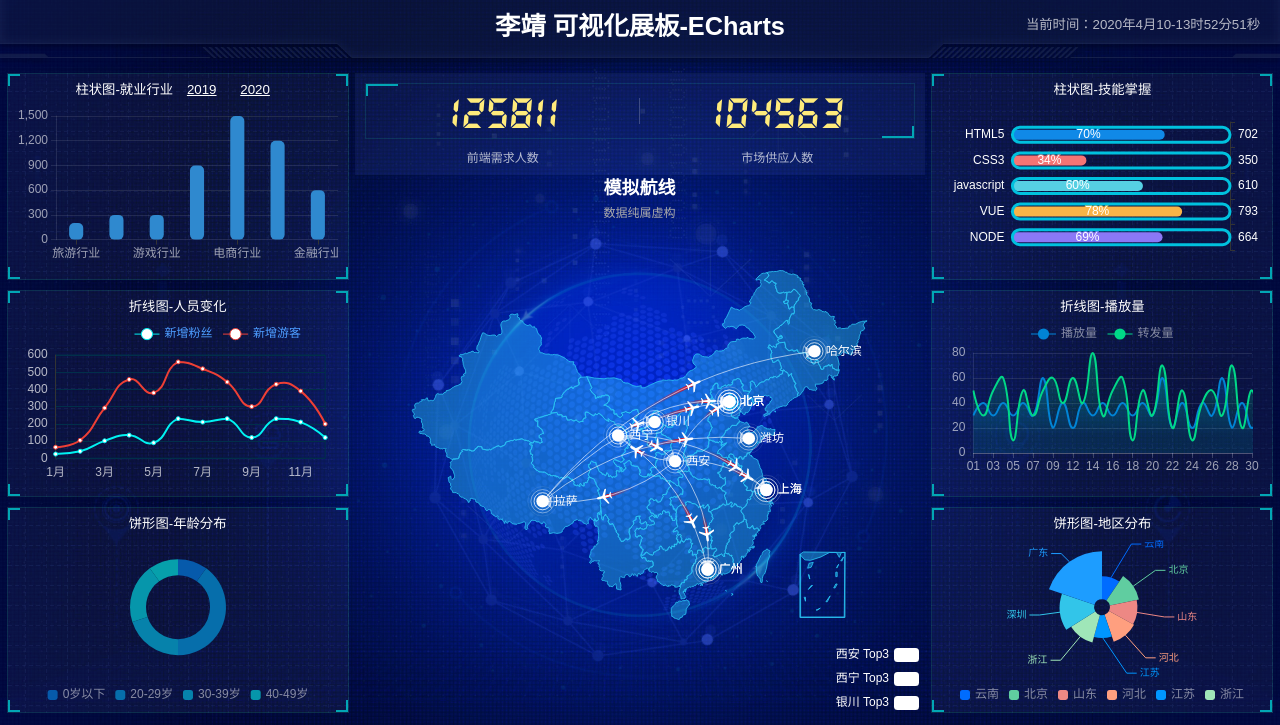
Repository: Jasonlee6789/ECharts
Page: Echarts/index.html
These files come from the project's save history. The page is drawn as it stood at one moment and after the next save; the edit follows.
The browser window is 1280 px wide. The pictures show the whole page.
The style sheet was rebuilt from its Sass, Less or Tailwind sources for each picture, by a compiler version that may differ from the author's.

Above is the page before, as saved 2020-05-22 13:34:09.

### Echarts/index.html
<!DOCTYPE html>
<html lang="en">

<head>
    <meta charset="UTF-8" />
    <meta name="viewport" content="width=device-width, initial-scale=1.0" />
    <title>Document</title>
    <link rel="stylesheet" href="css/index.css" />
</head>

<body>
    <header>
        <h1>李靖 可视化展板-ECharts</h1>
        <div class="showTime">当前时间：2020年3月17-0时54分14秒</div>
        <script>
            var t = null;
            t = setTimeout(time, 1000); //開始运行
            function time() {
                clearTimeout(t); //清除定时器
                dt = new Date();
                var y = dt.getFullYear();
                var mt = dt.getMonth() + 1;
                var day = dt.getDate();
                var h = dt.getHours(); //获取时
                var m = dt.getMinutes(); //获取分
                var s = dt.getSeconds(); //获取秒
                document.querySelector(".showTime").innerHTML =
                    "当前时间：" +
                    y +
                    "年" +
                    mt +
                    "月" +
                    day +
                    "-" +
                    h +
                    "时" +
                    m +
                    "分" +
                    s +
                    "秒";
                t = setTimeout(time, 1000); //设定定时器，循环运行
            }
        </script>
    </header>
    <section class="mainbox">
        <div class="column">
            <div class="panel bar">
                <h2>
                    柱状图-就业行业 <a href="javascript:;">2019</a>
                    <a href="javacript:;"> 2020</a>
                </h2>
                <div class="chart"></div>
                <div class="panel-footer"></div>
            </div>
            <div class="panel line">
                <h2>折线图-人员变化</h2>
                <div class="chart"></div>
                <div class="panel-footer"></div>
            </div>
            <div class="panel pie">
                <h2>饼形图-年龄分布</h2>
                <div class="chart"></div>
                <div class="panel-footer"></div>
            </div>
        </div>
        <div class="column">
            <div class="no">
                <div class="no-hd">
                    <ul>
                        <li>125811</li>
                        <li>104563</li>
                    </ul>
                </div>
                <div class="no-bd">
                    <ul>
                        <li>前端需求人数</li>
                        <li>市场供应人数</li>
                    </ul>
                </div>
            </div>
            <div class="map">
                <div class="chart"></div>
                <div class="map1"></div>
                <div class="map2"></div>
                <div class="map3"></div>
            </div>
        </div>
        <div class="column">
            <div class="panel bar1">
                <h2>柱状图-技能掌握</h2>
                <div class="chart"></div>
                <div class="panel-footer"></div>
            </div>
            <div class="panel line1">
                <h2>折线图-播放量</h2>
                <div class="chart"></div>
                <div class="panel-footer"></div>
            </div>
            <div class="panel pie1">
                <h2>饼形图-地区分布</h2>
                <div class="chart"></div>
                <div class="panel-footer"></div>
            </div>
        </div>
    </section>
    <script src="js/flexible.js"></script>
    <script src="js/jquery.js"></script>
    <script src="js/echarts.min.js"></script>
    <script src="js/index.js"></script>
    <script src="js/china.js"></script>
    <script src="js/myMap.js"></script>
</body>

</html>

### Echarts/js/flexible.js
(function flexible(window, document) {
    var docEl = document.documentElement;
    var dpr = window.devicePixelRatio || 1;

    // adjust body font size
    function setBodyFontSize() {
        if (document.body) {
            document.body.style.fontSize = 12 * dpr + "px";
        } else {
            document.addEventListener("DOMContentLoaded", setBodyFontSize);
        }
    }
    setBodyFontSize();

    // set 1rem = viewWidth / 10 （默认屏幕划分10等份 1920/24=80）
    function setRemUnit() {
        var rem = docEl.clientWidth / 24;
        docEl.style.fontSize = rem + "px";
    }

    setRemUnit();

    // reset rem unit on page resize
    window.addEventListener("resize", setRemUnit);
    window.addEventListener("pageshow", function (e) {
        if (e.persisted) {
            setRemUnit();
        }
    });

    // detect 0.5px supports
    if (dpr >= 2) {
        var fakeBody = document.createElement("body");
        var testElement = document.createElement("div");
        testElement.style.border = ".5px solid transparent";
        fakeBody.appendChild(testElement);
        docEl.appendChild(fakeBody);
        if (testElement.offsetHeight === 1) {
            docEl.classList.add("hairlines");
        }
        docEl.removeChild(fakeBody);
    }
})(window, document);

### Echarts/js/myMap.js
(function () {
    // 1. 实例化对象
    var myChart = echarts.init(document.querySelector(".map .chart"));
    // 2. 指定配置和数据
    // 2. 指定配置和数据
    var geoCoordMap = {
        上海: [121.4648, 31.2891],
        东莞: [113.8953, 22.901],
        东营: [118.7073, 37.5513],
        中山: [113.4229, 22.478],
        临汾: [111.4783, 36.1615],
        临沂: [118.3118, 35.2936],
        丹东: [124.541, 40.4242],
        丽水: [119.5642, 28.1854],
        乌鲁木齐: [87.9236, 43.5883],
        佛山: [112.8955, 23.1097],
        保定: [115.0488, 39.0948],
        兰州: [103.5901, 36.3043],
        包头: [110.3467, 41.4899],
        北京: [116.4551, 40.2539],
        北海: [109.314, 21.6211],
        南京: [118.8062, 31.9208],
        南宁: [108.479, 23.1152],
        南昌: [116.0046, 28.6633],
        南通: [121.1023, 32.1625],
        厦门: [118.1689, 24.6478],
        台州: [121.1353, 28.6688],
        合肥: [117.29, 32.0581],
        呼和浩特: [111.4124, 40.4901],
        咸阳: [108.4131, 34.8706],
        哈尔滨: [127.9688, 45.368],
        唐山: [118.4766, 39.6826],
        嘉兴: [120.9155, 30.6354],
        大同: [113.7854, 39.8035],
        大连: [122.2229, 39.4409],
        天津: [117.4219, 39.4189],
        太原: [112.3352, 37.9413],
        威海: [121.9482, 37.1393],
        宁波: [121.5967, 29.6466],
        宝鸡: [107.1826, 34.3433],
        宿迁: [118.5535, 33.7775],
        常州: [119.4543, 31.5582],
        广州: [113.5107, 23.2196],
        廊坊: [116.521, 39.0509],
        延安: [109.1052, 36.4252],
        张家口: [115.1477, 40.8527],
        徐州: [117.5208, 34.3268],
        德州: [116.6858, 37.2107],
        惠州: [114.6204, 23.1647],
        成都: [103.9526, 30.7617],
        扬州: [119.4653, 32.8162],
        承德: [117.5757, 41.4075],
        拉萨: [91.1865, 30.1465],
        无锡: [120.3442, 31.5527],
        日照: [119.2786, 35.5023],
        昆明: [102.9199, 25.4663],
        杭州: [119.5313, 29.8773],
        枣庄: [117.323, 34.8926],
        柳州: [109.3799, 24.9774],
        株洲: [113.5327, 27.0319],
        武汉: [114.3896, 30.6628],
        汕头: [117.1692, 23.3405],
        江门: [112.6318, 22.1484],
        沈阳: [123.1238, 42.1216],
        沧州: [116.8286, 38.2104],
        河源: [114.917, 23.9722],
        泉州: [118.3228, 25.1147],
        泰安: [117.0264, 36.0516],
        泰州: [120.0586, 32.5525],
        济南: [117.1582, 36.8701],
        济宁: [116.8286, 35.3375],
        海口: [110.3893, 19.8516],
        淄博: [118.0371, 36.6064],
        淮安: [118.927, 33.4039],
        深圳: [114.5435, 22.5439],
        清远: [112.9175, 24.3292],
        温州: [120.498, 27.8119],
        渭南: [109.7864, 35.0299],
        湖州: [119.8608, 30.7782],
        湘潭: [112.5439, 27.7075],
        滨州: [117.8174, 37.4963],
        潍坊: [119.0918, 36.524],
        烟台: [120.7397, 37.5128],
        玉溪: [101.9312, 23.8898],
        珠海: [113.7305, 22.1155],
        盐城: [120.2234, 33.5577],
        盘锦: [121.9482, 41.0449],
        石家庄: [114.4995, 38.1006],
        福州: [119.4543, 25.9222],
        秦皇岛: [119.2126, 40.0232],
        绍兴: [120.564, 29.7565],
        聊城: [115.9167, 36.4032],
        肇庆: [112.1265, 23.5822],
        舟山: [122.2559, 30.2234],
        苏州: [120.6519, 31.3989],
        莱芜: [117.6526, 36.2714],
        菏泽: [115.6201, 35.2057],
        营口: [122.4316, 40.4297],
        葫芦岛: [120.1575, 40.578],
        衡水: [115.8838, 37.7161],
        衢州: [118.6853, 28.8666],
        西宁: [101.4038, 36.8207],
        西安: [109.1162, 34.2004],
        贵阳: [106.6992, 26.7682],
        连云港: [119.1248, 34.552],
        邢台: [114.8071, 37.2821],
        邯郸: [114.4775, 36.535],
        郑州: [113.4668, 34.6234],
        鄂尔多斯: [108.9734, 39.2487],
        重庆: [107.7539, 30.1904],
        金华: [120.0037, 29.1028],
        铜川: [109.0393, 35.1947],
        银川: [106.3586, 38.1775],
        镇江: [119.4763, 31.9702],
        长春: [125.8154, 44.2584],
        长沙: [113.0823, 28.2568],
        长治: [112.8625, 36.4746],
        阳泉: [113.4778, 38.0951],
        青岛: [120.4651, 36.3373],
        韶关: [113.7964, 24.7028]
    };

    var XAData = [
        [{
            name: "西安"
        }, {
            name: "北京",
            value: 100
        }],
        [{
            name: "西安"
        }, {
            name: "上海",
            value: 100
        }],
        [{
            name: "西安"
        }, {
            name: "广州",
            value: 100
        }],
        [{
            name: "西安"
        }, {
            name: "西宁",
            value: 100
        }],
        [{
            name: "西安"
        }, {
            name: "拉萨",
            value: 100
        }]
    ];

    var XNData = [
        [{
            name: "西宁"
        }, {
            name: "北京",
            value: 100
        }],
        [{
            name: "西宁"
        }, {
            name: "上海",
            value: 100
        }],
        [{
            name: "西宁"
        }, {
            name: "广州",
            value: 100
        }],
        [{
            name: "西宁"
        }, {
            name: "西安",
            value: 100
        }],
        [{
            name: "西宁"
        }, {
            name: "银川",
            value: 100
        }]
    ];

    var YCData = [
        [{
            name: "拉萨"
        }, {
            name: "北京",
            value: 100
        }],
        [{
            name: "拉萨"
        }, {
            name: "潍坊",
            value: 100
        }],
        [{
            name: "拉萨"
        }, {
            name: "哈尔滨",
            value: 100
        }]
    ];

    var planePath =
        "path://M1705.06,1318.313v-89.254l-319.9-221.799l0.073-208.063c0.521-84.662-26.629-121.796-63.961-121.491c-37.332-0.305-64.482,36.829-63.961,121.491l0.073,208.063l-319.9,221.799v89.254l330.343-157.288l12.238,241.308l-134.449,92.931l0.531,42.034l175.125-42.917l175.125,42.917l0.531-42.034l-134.449-92.931l12.238-241.308L1705.06,1318.313z";
    //var planePath = 'arrow';
    var convertData = function (data) {
        var res = [];
        for (var i = 0; i < data.length; i++) {
            var dataItem = data[i];

            var fromCoord = geoCoordMap[dataItem[0].name];
            var toCoord = geoCoordMap[dataItem[1].name];
            if (fromCoord && toCoord) {
                res.push({
                    fromName: dataItem[0].name,
                    toName: dataItem[1].name,
                    coords: [fromCoord, toCoord],
                    value: dataItem[1].value
                });
            }
        }
        return res;
    };

    var color = ["#fff", "#fff", "#fff"]; //航线的颜色
    var series = [];
    [
        ["西安", XAData],
        ["西宁", XNData],
        ["银川", YCData]
    ].forEach(function (item, i) {
        series.push({
            name: item[0] + " Top3",
            type: "lines",
            zlevel: 1,
            effect: {
                show: true,
                period: 6,
                trailLength: 0.7,
                color: "red", //arrow箭头的颜色
                symbolSize: 3
            },
            lineStyle: {
                normal: {
                    color: color[i],
                    width: 0,
                    curveness: 0.2
                }
            },
            data: convertData(item[1])
        }, {
            name: item[0] + " Top3",
            type: "lines",
            zlevel: 2,
            symbol: ["none", "arrow"],
            symbolSize: 10,
            effect: {
                show: true,
                period: 6,
                trailLength: 0,
                symbol: planePath,
                symbolSize: 15
            },
            lineStyle: {
                normal: {
                    color: color[i],
                    width: 1,
                    opacity: 0.6,
                    curveness: 0.2
                }
            },
            data: convertData(item[1])
        }, {
            name: item[0] + " Top3",
            type: "effectScatter",
            coordinateSystem: "geo",
            zlevel: 2,
            rippleEffect: {
                brushType: "stroke"
            },
            label: {
                normal: {
                    show: true,
                    position: "right",
                    formatter: "{b}"
                }
            },
            symbolSize: function (val) {
                return val[2] / 8;
            },
            itemStyle: {
                normal: {
                    color: color[i]
                },
                emphasis: {
                    areaColor: "#2B91B7"
                }
            },
            data: item[1].map(function (dataItem) {
                return {
                    name: dataItem[1].name,
                    value: geoCoordMap[dataItem[1].name].concat([dataItem[1].value])
                };
            })
        });
    });
    var option = {
        tooltip: {
            trigger: "item",
            formatter: function (params, ticket, callback) {
                if (params.seriesType == "effectScatter") {
                    return "线路：" + params.data.name + "" + params.data.value[2];
                } else if (params.seriesType == "lines") {
                    return (
                        params.data.fromName +
                        ">" +
                        params.data.toName +
                        "<br />" +
                        params.data.value
                    );
                } else {
                    return params.name;
                }
            }
        },

        geo: {
            map: "china",
            label: {
                emphasis: {
                    show: true,
                    color: "#fff"
                }
            },
            roam: false,
            //   放大我们的地图
            zoom: 1,
            itemStyle: {
                normal: {
                    areaColor: "rgba(43, 196, 243, 0.42)",
                    borderColor: "rgba(43, 196, 243, 1)",
                    borderWidth: 1
                },
                emphasis: {
                    areaColor: "#2B91B7"
                }
            }
        },
        series: series
    };
    myChart.setOption(option);
    window.addEventListener("resize", function () {
        myChart.resize();
    });
})();

### Echarts/css/index.less
* {
    margin: 0;
    padding: 0;
    box-sizing: border-box;
}

li {
    list-style: none;
}

@font-face {
    font-family: electronicFont;
    src: url(../font/DS-DIGIT.TTF);
}

body {
    font-family: Arial, Helvetica, sans-serif;
    margin: 0;
    padding: 0;
    /*  背景图定位 / 背景图尺寸  cover 完全铺满容器  contain 完整显示在容器内 */
    background: url(../images/bg.jpg) no-repeat #000;
    background-size: cover;
    /* 行高是字体1.15倍 */
    line-height: 1.15;
}

header {
    position: relative;
    height: 1.25rem;
    background: url(../images/head_bg.png) no-repeat top center;
    background-size: 100% 100%;

    h1 {
        font-size: 0.475rem;
        color: #fff;
        text-align: center;
        line-height: 1rem;
    }

    .showTime {
        position: absolute;
        top: 0;
        right: 0.375rem;
        line-height: 0.9375rem;
        font-size: 0.25rem;
        color: rgba(255, 255, 255, 0.7);
    }
}

.mainbox {
    min-width: 1024px;
    max-width: 1920px;
    padding: 0.125rem 0.125rem 0;
    display: flex;

    .column {
        flex: 3;

        &:nth-child(2) {
            flex: 5;
            margin: 0 0.125rem 0.1875rem;
            overflow: hidden;
        }
    }
}

.panel {
    position: relative;
    height: 3.875rem;
    border: 1px solid rgba(25, 186, 139, 0.17);
    background: rgba(255, 255, 255, 0.04) url(../images/line\(1\).png);
    padding: 0 0.1875rem 0.5rem;
    margin-bottom: 0.1875rem;

    &::before {
        position: absolute;
        top: 0;
        left: 0;
        content: "";
        width: 10px;
        height: 10px;
        border-top: 2px solid #02a6b5;
        border-left: 2px solid #02a6b5;
    }

    &::after {
        position: absolute;
        top: 0;
        right: 0;
        content: "";
        width: 10px;
        height: 10px;
        border-top: 2px solid #02a6b5;
        border-right: 2px solid #02a6b5;
    }

    .panel-footer {
        position: absolute;
        left: 0;
        bottom: 0;
        width: 100%;

        &::before {
            position: absolute;
            bottom: 0;
            left: 0;
            content: "";
            width: 10px;
            height: 10px;
            border-bottom: 2px solid #02a6b5;
            border-left: 2px solid #02a6b5;
        }

        &::after {
            position: absolute;
            bottom: 0;
            right: 0;
            content: "";
            width: 10px;
            height: 10px;
            border-bottom: 2px solid #02a6b5;
            border-right: 2px solid #02a6b5;
        }
    }

    h2 {
        height: 0.6rem;
        line-height: 0.6rem;
        text-align: center;
        color: #fff;
        font-size: 0.25rem;
        font-weight: 400;

        a {
            margin: 0 0.1875rem;
            color: #fff;
            text-decoration: underline;
        }
    }

    .chart {
        height: 3rem;
    }
}

.no {
    background: rgba(101, 132, 226, 0.1);
    padding: 0.1875rem;

    .no-hd {
        position: relative;
        border: 1px solid rgba(25, 186, 139, 0.17);

        &::before {
            content: "";
            position: absolute;
            width: 30px;
            height: 10px;
            border-top: 2px solid #02a6b5;
            border-left: 2px solid #02a6b5;
            top: 0;
            left: 0;
        }

        &::after {
            content: "";
            position: absolute;
            width: 30px;
            height: 10px;
            border-bottom: 2px solid #02a6b5;
            border-right: 2px solid #02a6b5;
            right: 0;
            bottom: 0;
        }

        ul {
            display: flex;

            li {
                position: relative;
                flex: 1;
                text-align: center;
                height: 1rem;
                line-height: 1rem;
                font-size: 0.875rem;
                color: #ffeb7b;
                padding: 0.05rem 0;
                font-family: electronicFont;
                font-weight: bold;

                &:first-child::after {
                    content: "";
                    position: absolute;
                    height: 50%;
                    width: 1px;
                    background: rgba(255, 255, 255, 0.2);
                    right: 0;
                    top: 25%;
                }
            }
        }
    }

    .no-bd ul {
        display: flex;

        li {
            flex: 1;
            height: 0.5rem;
            line-height: 0.5rem;
            text-align: center;
            font-size: 0.225rem;
            color: rgba(255, 255, 255, 0.7);
            padding-top: 0.125rem;
        }
    }
}

.map {
    position: relative;
    height: 10.125rem;

    .chart {
        position: absolute;
        top: 0;
        left: 0;
        z-index: 5;
        height: 10.125rem;
        width: 100%;
    }

    .map1,
    .map2,
    .map3 {
        position: absolute;
        top: 50%;
        left: 50%;
        transform: translate(-50%, -50%);
        width: 6.475rem;
        height: 6.475rem;
        background: url(../images/map.png) no-repeat;
        background-size: 100% 100%;
        opacity: 0.3;
    }

    .map2 {
        width: 8.0375rem;
        height: 8.0375rem;
        background-image: url(../images/lbx.png);
        opacity: 0.6;
        animation: rotate 15s linear infinite;
        z-index: 2;
    }

    .map3 {
        width: 7.075rem;
        height: 7.075rem;
        background-image: url(../images/jt.png);
        animation: rotate1 10s linear infinite;
    }

    @keyframes rotate {
        from {
            transform: translate(-50%, -50%) rotate(0deg);
        }

        to {
            transform: translate(-50%, -50%) rotate(360deg);
        }
    }

    @keyframes rotate1 {
        from {
            transform: translate(-50%, -50%) rotate(0deg);
        }

        to {
            transform: translate(-50%, -50%) rotate(-360deg);
        }
    }
}

@media screen and (max-width: 1024px) {
    html {
        font-size: 42px !important;
    }
}

@media screen and (min-width: 1920) {
    html {
        font-size: 80px !important;
    }
}

Loaded but not shown: Echarts/js/jquery.js (library); Echarts/反余切/js/echarts.min.js (library); Echarts/js/china.js (library); Echarts/js/index.js (1166 lines, source omitted)

After the next save:
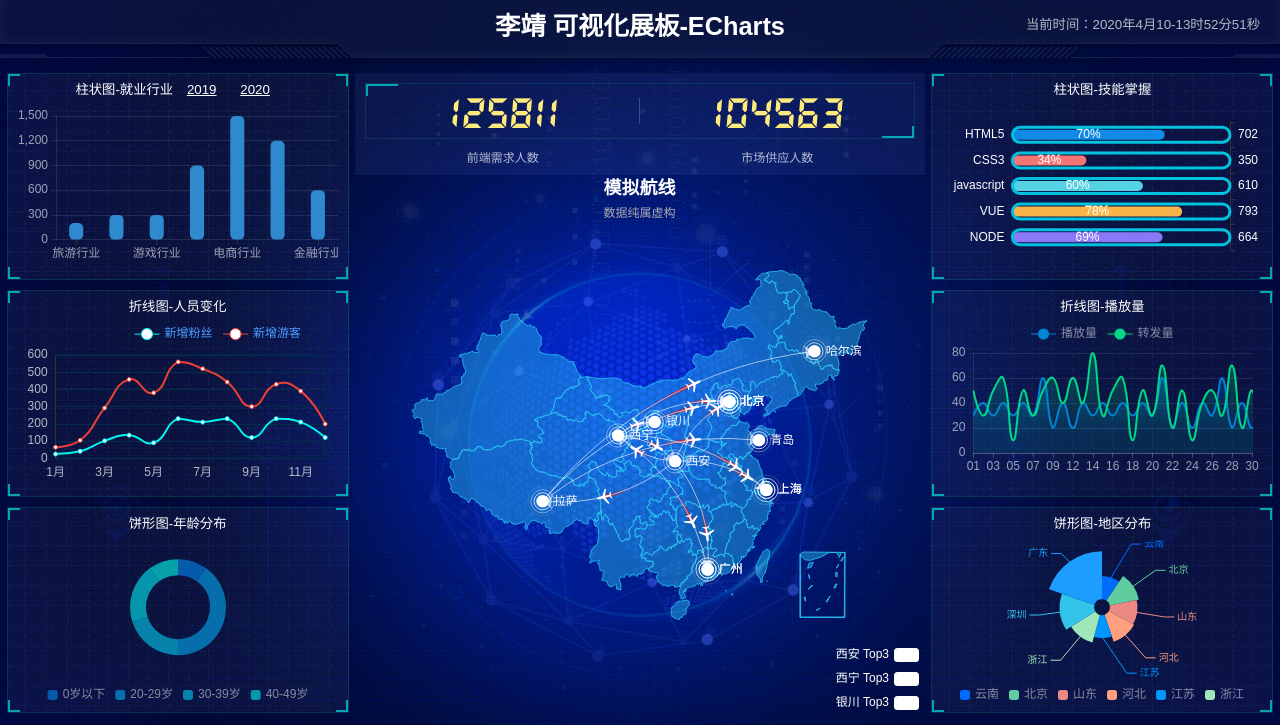
Saved 52 s later.
--- a/Echarts/js/myMap.js
+++ b/Echarts/js/myMap.js
@@ -196,7 +196,7 @@
         [{
             name: "拉萨"
         }, {
-            name: "潍坊",
+            name: "青岛",
             value: 100
         }],
         [{
